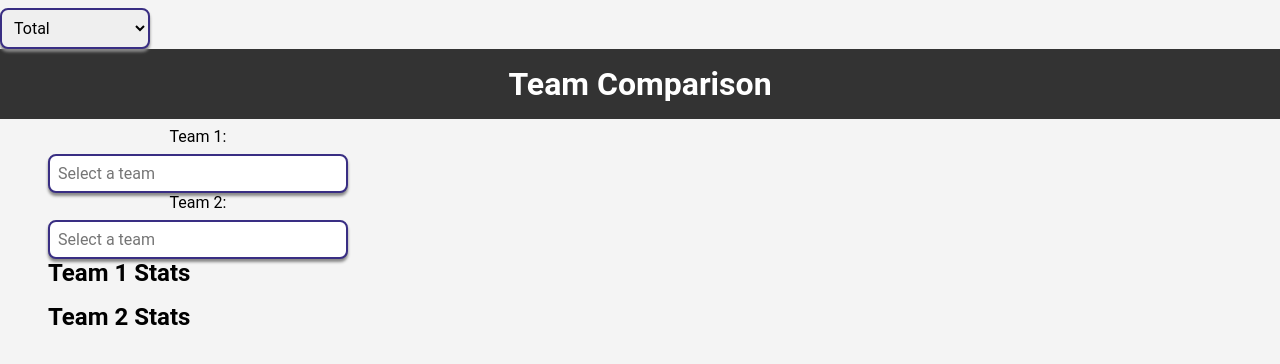
Repository: Enzo-py/dataviz-project-m1
Page: team_comparison.html
These files come from the project's save history. The page is drawn as it stood at one moment and after the next save; the edit follows.
The browser window is 1280 px wide. The pictures show the whole page.
Some web fonts or font styles are not loaded; a fallback is used.

Above is the page before, as saved 2024-12-15 17:36:07.
Console error: TypeError: Cannot read properties of null (reading 'style')

### team_comparison.html
<!DOCTYPE html>
<html lang="en">
<head>
    <meta charset="UTF-8">
    <meta name="viewport" content="width=device-width, initial-scale=1.0">
    <title>Team page</title>
    <script type="text/javascript" src="js/d3.v7.min.js"></script>
    <script type="text/javascript" src="js/team_page.js"></script>

    <link rel="stylesheet" href="css/global.css">
    <link rel="stylesheet" href="css/team_page.css">

    <link rel="preload" href="https://fonts.googleapis.com/css2?family=Material+Symbols+Outlined:opsz,wght,FILL,GRAD@20..48,100..700,0..1,-50..200&" as="style" onload="this.onload=null;this.rel='stylesheet'">
</head>
<body>
    <!-- Place the season selector at the top left corner -->
    <div class="season">
        <label for="season"></label>
        <select id="season">
            <option value="total">Total</option>
            <option value="2021-2022">2021-2022</option>
            <option value="2022-2023">2022-2023</option>
            <option value="2023-2024">2023-2024</option>
        </select>
    </div>

    <header>
        <h1>Team Comparison</h1>
    </header>
    <main>
        <!-- Move the team-selection above the team stats -->
        <div class="team-selection">
            <div class="team">
                <label for="team1">Team 1:</label>
                <input type="text" id="team1" list="teams" placeholder="Select a team">
            </div>
            <div class="team">
                <label for="team2">Team 2:</label>
                <input type="text" id="team2" list="teams" placeholder="Select a team">
            </div>
            <datalist id="teams">
                <!-- Options will be populated dynamically -->
            </datalist>
        </div>

        <section class="comparison-results">
            <div class="team-stats" id="team1-stats">
                <h2>Team 1 Stats</h2>
                <!-- Stats will be populated dynamically -->
            </div>
            <div class="team-stats" id="team2-stats">
                <h2>Team 2 Stats</h2>
                <!-- Stats will be populated dynamically -->
            </div>
        </section>
    </main>
</body>
</html>

### css/global.css
:root {
    --secondary-color: #392e83;
    --background-color: #fff;
    --shadow-color: #878787;
    --sea-background: linear-gradient(90deg, rgb(36 55 101) 10%, #30679f 100%);
    --earth-color: #fff;

    --danger-color: #af2c35;
    --success-color: #2c9f2c;
    --toggle-background: #f0f0f0;
    --toggle-border: #ccc;
    --toggle-active: #fdfdfd;
}

body, body * {
    margin: 0;
    padding: 0;
    box-sizing: border-box;
    font-family: 'Roboto', sans-serif;
}

### css/team_page.css
body {
    font-family: Arial, sans-serif;
    margin: 0;
    padding: 0;
    background-color: #f4f4f4;
}

header {
    background-color: #333;
    color: #fff;
    text-align: center;
    padding: 1rem;
}

main {
    padding-left: 3rem;
    padding-top: 0.5rem;
    padding-right: 3rem;
}



.team {
    display: flex;
    flex-direction: column;
    align-items: center;
}

.team label {
    margin-bottom: 0.5rem;
}

.team input {
    padding: 0.5rem;
    font-size: 1rem;
    width: 200px;
    border: solid 2px var(--secondary-color);
    border-radius: 8px;
    box-shadow: 0 3px 3px 0 var(--shadow-color);
}

.team-title {
    padding: 0.5rem;

}
.actions {
    background-color: #fff;
    padding: 1rem;
    border-radius: 8px;
    box-shadow: 0 0 10px rgba(0, 0, 0, 0.1);
    width: 490px;
    margin-left: 2rem;
    margin-top: 1rem;
}

.matches {
    background-color: #fff;
    position: sticky;
    padding: 1rem;
    border-radius: 8px;
    box-shadow: 0 0 10px rgba(0, 0, 0, 0.1);
    width: 490px;
    margin-left: 2rem;
    margin-top: 1rem;
    max-height: 530px;
    overflow-y: auto;
}

.stats {
    background-color: #fff;
    padding: 2rem;
    border-radius: 8px;
    box-shadow: 0 0 10px rgba(0, 0, 0, 0.1);
    width: 660px;
    margin-left: 2.5rem;
    margin-top: 1rem;
}

.team-stats h2 {
    text-align: left;
    margin-bottom: 1rem;
}


.season {
    display: flex;
    flex-direction: column;
    align-items: flex-start;
    margin: 0;
    padding: 0;
    border-radius: 8px;
}

.season label {
    margin-bottom: 0.5rem;
}

.season select {
    padding: 0.5rem;
    font-size: 1rem;
    width: 150px;
    border: solid 2px var(--secondary-color);
    border-radius: 8px;
    box-shadow: 0 3px 3px 0 var(--shadow-color);
}

.team-selection {
    display: flex;
    flex-direction: column;
    align-items: flex-start;
    justify-content: space-around;
    margin: 0;
    padding: 0;
    background-color: transparent;
    border: none;
    border-radius: 8px;
    box-shadow: none;
}

.team-selection label {
    margin-bottom: 0.5rem;
}

.team-selection input {
    width: 300px;
}

.team-info {
    display: flex;
    align-items: center;
    margin-bottom: 0.5rem;
}

#team-logo {
    width: 150px;
    height: auto;
    margin-right: 1rem;
}

#team-name {
    margin: 0;
    font-size: 3em;
}

#team-league {
    margin-top: 0.5rem;
    font-size: 1.2em;
    color: #000000;
}

#team-rank {
    margin-top: 0rem;
    font-size: 1.2em;
    color: #000000;
}
.top-controls {
    position: fixed;
    top: 10px;
    left: 10px;
    display: flex;
    align-items: center;
    gap: 20px;
    background-color: transparent;
    border: none;
}

#view-players {
    padding: 10px 20px;
    font-size: 1.1em;
    background-color: #333;
    color: white;
    border: none;
    border-radius: 5px;
    cursor: pointer;
    transition: background-color 0.3s;
}

#view-players:hover {
    background-color: #555;
}

.action-buttons {
    display: flex;
    gap: 10px;
    margin-top: 0.5rem;
}

#compare-teams {
    padding: 10px 20px;
    font-size: 1.1em;
    background-color: #333;
    color: white;
    border: none;
    border-radius: 5px;
    cursor: pointer;
    transition: background-color 0.3s;
}

#compare-teams:hover {
    background-color: #555;
}

#toggle-league-average {
    padding: 10px 7px;
    font-size: 1.1em;
    background-color: #333;
    color: white;
    border: none;
    border-radius: 5px;
    cursor: pointer;
    transition: background-color 0.3s;
}

#toggle-league-average{
    background-color: #555;
}

#matches-table {
    width: 100%;
    table-layout: fixed;
    border-collapse: collapse;
    margin-top: 1rem;
    font-size: 0.9em;
}

#matches-table th,
#matches-table td {
    padding: 12px 8px;
    text-align: center;
    border-bottom: 1px solid #ddd;
}

#matches-table th {
    background-color: #333;
    color: white;
    font-weight: bold;
}

#matches-table thead {
    position: sticky;
    top: 0;
    background-color: #333;
    color: white;
    z-index: 1;
}

#matches-table tr:hover {
    background-color: #f5f5f5;
    cursor: default;
}

#matches-table td.win {
    color: #28a745;
    font-weight: bold;
}

#matches-table td.loss {
    color: #dc3545;
    font-weight: bold;
}

#matches-table td.draw {
    color: #6c757d;
    font-weight: bold;
}

#performance-chart {
    width: 100%;
    height: auto;
    min-height: 500px;
    margin-top: 2rem;
    padding: 1rem;
}

.bar-chart-container {
    font-size: 0.8em;
}

.bar-label {
    font-size: 14px;
    font-weight: 600;
    fill: #333;
}

.y-axis text {
    font-size: 14px;
    font-weight: bold;
}

.bar-home {
    fill: #28a745;
}

.bar-away {
    fill: #dc3545;
}

.axis-label {
    font-size: 0.8em;
    font-weight: bold;
}

#goals-timeline-chart {
    width: 100%;
    height: auto;
    min-height: 300px;
    margin-top: 2rem;
    padding: 1rem;
}

#goals-timeline-chart .line-scored,
#goals-timeline-chart .line-conceded {
    fill: none;
    stroke-width: 2;
}

#goals-timeline-chart .dot-scored,
#goals-timeline-chart .dot-conceded {
    stroke-width: 1;
    stroke: white;
}

#goals-timeline-chart text {
    font-weight: 600;
}

#goals-donut-chart {
    width: 90%;
    height: auto;
    min-height: 300px;
    margin-top: 1rem;
    padding: 1rem;
    display: flex;
    justify-content: center;
    align-items: center;
}

#goals-donut-chart text {
    font-family: Arial, sans-serif;
    font-weight: 600;
}

#wins-donut-chart {
    width: 90%;
    height: auto;
    min-height: 300px;
    margin-top: 1rem;
    padding: 1rem;
    display: flex;
    justify-content: center;
    align-items: center;
}

#wins-donut-chart text {
    font-family: Arial, sans-serif;
    font-weight: 600;
}

#shots-donut-chart {
    width: 90%;
    height: auto;
    min-height: 300px;
    margin-top: 1rem;
    padding: 1rem;
    display: flex;
    justify-content: center;
    align-items: center;
}

#shots-donut-chart text {
    font-family: Arial, sans-serif;
    font-weight: 600;
}

.dashboard {
    display: flex;
    gap: 2rem;
    margin-top: 0.25rem;
}

.left-panel {
    flex: 0 0 500px;
    display: flex;
    flex-direction: column;
    gap: rem;
}

.right-panel {
    flex: 1;
}



.charts-grid {
    display: grid;
    grid-template-columns: repeat(2, 1fr);
    gap: 1rem;
    margin: 0;
    padding: 0;
}

.charts-grid > *:first-child {
    grid-column: 1 / -1;
    padding-bottom: 0rem;
}

#donut-charts {
    display: flex;
    align-items: center;
    justify-content: center;
    padding-bottom: 0rem;
    margin-bottom: 0rem;
    gap: 1rem;
}

.chart-container {
    background-color: #fff;
    padding: 1rem 1rem 0 1.5rem;
    border-radius: 8px;
    margin-bottom: 0;
    box-shadow: 0 0 10px rgba(0, 0, 0, 0.1);
}


.actions, .matches {
    margin-left: 0;
}



#back-to-map {
    position: fixed;
    top: 15px;
    right: 10px;
    align-items: center;
    display: flex   ;
    padding: 0.5rem;
    font-size: 1rem;
    width: 110px;
    border: solid 2px var(--secondary-color);
    border-radius: 8px;
    box-shadow: 0 3px 3px 0 var(--shadow-color);
    background-color: #fff;
    color: #000;
    cursor: pointer;
}

#back-to-map:hover {
    background-color: #f0f0f0;
}


#loading-screen {
    position: fixed;
    top: 0;
    left: 0;
    width: 100%;
    height: 100%;
    background-color: rgba(255, 255, 255, 0.8);
    display: flex;
    flex-direction: column;
    align-items: center;
    justify-content: center;
    z-index: 9999;
}

.spinner {
    border: 8px solid #f3f3f3; /* Light gray */
    border-top: 8px solid #333; /* Dark gray */
    border-radius: 50%;
    width: 60px;
    height: 60px;
    animation: spin 1.5s linear infinite;
    margin-bottom: 1rem;
}

@keyframes spin {
    0% { transform: rotate(0deg); }
    100% { transform: rotate(360deg); }
}

### css/team_comparison.css
body {
    font-family: Arial, sans-serif;
    margin: 0;
    padding: 0;
    background-color: #f4f4f4;
}

header {
    background-color: #333;
    color: #fff;
    text-align: center;
    padding: 1rem 0;
}

main {
    padding: 2rem;
}

menu.team-selection {
    display: flex;
    justify-content: space-around;
    margin-bottom: 2rem;
    background-color: var(--background-color);
    border: solid 2px var(--secondary-color);
    padding: 10px;
    border-radius: 8px;
    box-shadow: 0 3px 3px 0 var(--shadow-color);
}

.team {
    display: flex;
    flex-direction: column;
    align-items: center;
}

.team label {
    margin-bottom: 0.5rem;
}

.team input {
    padding: 0.5rem;
    font-size: 1rem;
    width: 200px;
    border: solid 2px var(--secondary-color);
    border-radius: 8px;
    box-shadow: 0 3px 3px 0 var(--shadow-color);
}

.comparison-results {
    display: flex;
    justify-content: space-around;
}

.team-stats {
    background-color: #fff;
    padding: 1rem;
    border-radius: 8px;
    box-shadow: 0 0 10px rgba(0, 0, 0, 0.1);
    width: 45%;
}

.team-stats h2 {
    text-align: center;
    margin-bottom: 1rem;
}

/* Position the season selector in the top left corner */
.season {
    position: fixed;
    top: 10px;
    left: 10px;
    background-color: var(--background-color);
    border: solid 2px var(--secondary-color);
    padding: 10px;
    border-radius: 8px;
    box-shadow: 0 3px 3px 0 var(--shadow-color);
    display: flex;
    flex-direction: column;
    align-items: center;
}

.season label {
    margin-bottom: 0.5rem;
}

.season select {
    padding: 0.5rem;
    font-size: 1rem;
    width: 150px;
    border: solid 2px var(--secondary-color);
    border-radius: 8px;
    box-shadow: 0 3px 3px 0 var(--shadow-color);
}

/* Style the team-selection div */
.team-selection {
    display: flex;
    justify-content: space-around;
    margin-bottom: 2rem;
    /* Remove background and borders if not needed */
    background-color: transparent;
    border: none;
    padding: 0;
    border-radius: 0;
    box-shadow: none;
}

### js/team_comparison.js
document.addEventListener("DOMContentLoaded", function() {
    const teams = ["Team A", "Team B", "Team C", "Team D"]; // Example teams, replace with actual data

    const datalist = document.getElementById("teams");
    teams.forEach(team => {
        const option = document.createElement("option");
        option.value = team;
        datalist.appendChild(option);
    });

    document.getElementById("team1").addEventListener("change", updateStats);
    document.getElementById("team2").addEventListener("change", updateStats);
    document.getElementById("season").addEventListener("change", updateStats);

    function updateStats() {
        const team1 = document.getElementById("team1").value;
        const team2 = document.getElementById("team2").value;
        const season = document.getElementById("season").value;

        if (team1) {
            document.getElementById("team1-stats").innerHTML = `<h2>${team1} Stats (${season})</h2><p>Stats for ${team1} in ${season} will be displayed here.</p>`;
        }

        if (team2) {
            document.getElementById("team2-stats").innerHTML = `<h2>${team2} Stats (${season})</h2><p>Stats for ${team2} in ${season} will be displayed here.</p>`;
        }
    }
});

Loaded but not shown: js/d3.v7.min.js (library); js/team_page.js (1074 lines, source omitted)

After the next save:
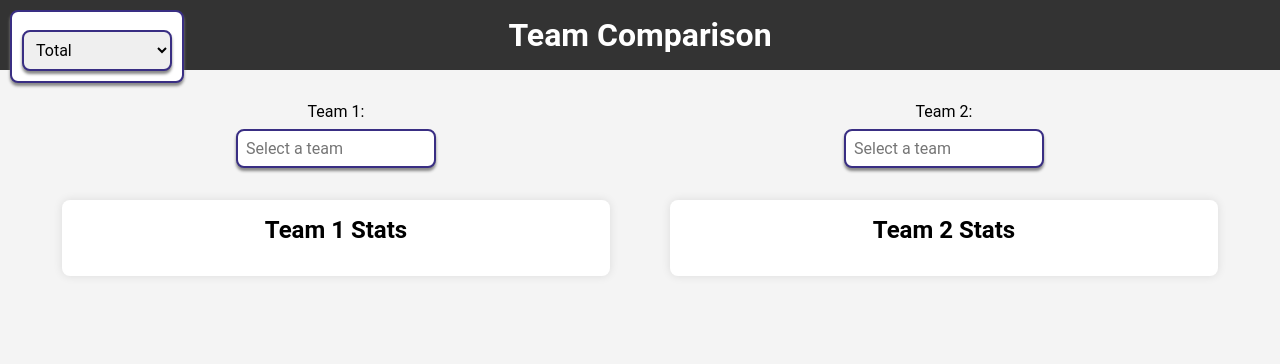
The error is gone.
Saved 2 min 51 s later.
--- a/team_comparison.html
+++ b/team_comparison.html
@@ -3,12 +3,12 @@
 <head>
     <meta charset="UTF-8">
     <meta name="viewport" content="width=device-width, initial-scale=1.0">
-    <title>Team page</title>
+    <title>Team Comparison</title>
     <script type="text/javascript" src="js/d3.v7.min.js"></script>
-    <script type="text/javascript" src="js/team_page.js"></script>
+    <script type="text/javascript" src="js/team_comparison.js"></script>
 
     <link rel="stylesheet" href="css/global.css">
-    <link rel="stylesheet" href="css/team_page.css">
+    <link rel="stylesheet" href="css/team_comparison.css">
 
     <link rel="preload" href="https://fonts.googleapis.com/css2?family=Material+Symbols+Outlined:opsz,wght,FILL,GRAD@20..48,100..700,0..1,-50..200&" as="style" onload="this.onload=null;this.rel='stylesheet'">
 </head>
--- a/js/team_comparison.js
+++ b/js/team_comparison.js
@@ -24,5 +24,48 @@ document.addEventListener("DOMContentLoaded", function() {
         if (team2) {
             document.getElementById("team2-stats").innerHTML = `<h2>${team2} Stats (${season})</h2><p>Stats for ${team2} in ${season} will be displayed here.</p>`;
         }
+
+        if (team1 && team2) {
+            compareTeams(team1, team2, season);
+        }
+    }
+
+    function compareTeams(team1, team2, season) {
+        // Fetch and compare stats for team1 and team2
+        const team1Stats = getTeamStats(team1, season);
+        const team2Stats = getTeamStats(team2, season);
+
+        const comparisonMetrics = [
+            "wins", "losses", "draws", "goals_scored", "goals_conceded", "clean_sheets", "average_possession"
+        ];
+
+        let comparisonHtml = "<table><thead><tr><th>Metric</th><th>Team 1</th><th>Team 2</th></tr></thead><tbody>";
+
+        comparisonMetrics.forEach(metric => {
+            const team1Value = team1Stats[metric] || 0;
+            const team2Value = team2Stats[metric] || 0;
+            const highlightClass = team1Value > team2Value ? "highlight-team1" : team2Value > team1Value ? "highlight-team2" : "";
+
+            comparisonHtml += `<tr class="${highlightClass}"><td>${metric}</td><td>${team1Value}</td><td>${team2Value}</td></tr>`;
+        });
+
+        comparisonHtml += "</tbody></table>";
+
+        document.getElementById("team1-stats").innerHTML += comparisonHtml;
+        document.getElementById("team2-stats").innerHTML += comparisonHtml;
+    }
+
+    function getTeamStats(team, season) {
+        // Fetch team stats based on the team name and season
+        // This is a placeholder function, replace with actual data fetching logic
+        return {
+            wins: Math.floor(Math.random() * 30),
+            losses: Math.floor(Math.random() * 30),
+            draws: Math.floor(Math.random() * 30),
+            goals_scored: Math.floor(Math.random() * 100),
+            goals_conceded: Math.floor(Math.random() * 100),
+            clean_sheets: Math.floor(Math.random() * 20),
+            average_possession: Math.floor(Math.random() * 100)
+        };
     }
 });
--- a/css/team_comparison.css
+++ b/css/team_comparison.css
@@ -104,3 +104,12 @@ menu.team-selection {
     border-radius: 0;
     box-shadow: none;
 }
+
+/* Highlight styles for best stats */
+.highlight-team1 {
+    background-color: #d4edda; /* Light green */
+}
+
+.highlight-team2 {
+    background-color: #f8d7da; /* Light red */
+}
